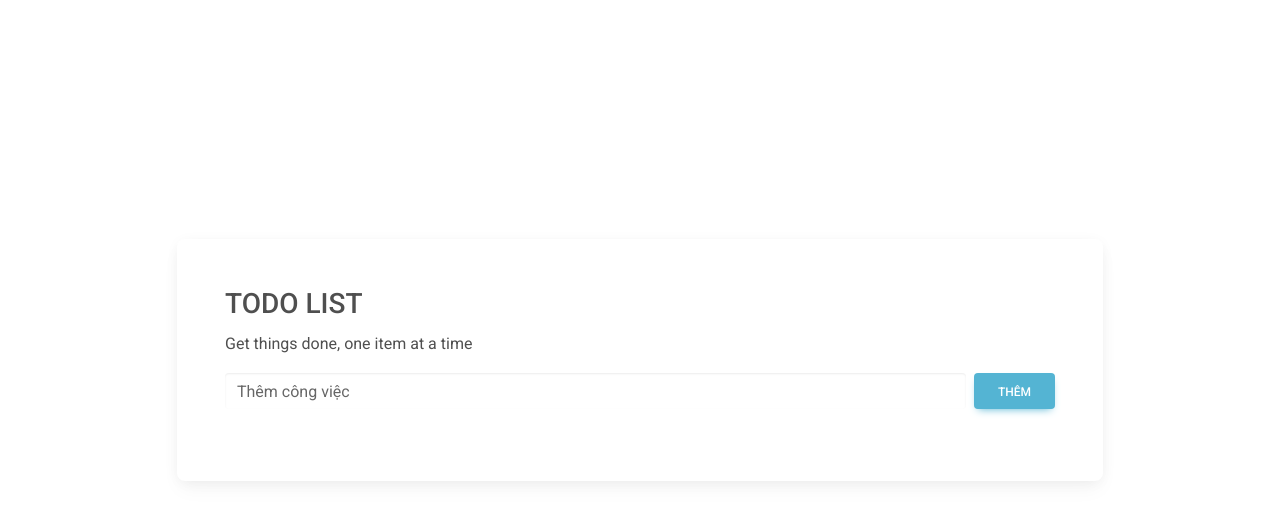
Repository: TinhTT336/MD02_HACKATHON01_HN_JV230620_BS_TranThiTinh_Basic
Page: /
An editor plug-in stored every save of this project. The page is shown before and after the next save, followed by the edit.
The browser window is 1280 px wide. The pictures show the whole page.
Some web libraries are served in a nearby version. The project was rebuilt for these pictures with package versions that can differ from the ones it lists, and the page was loaded fresh each time. Also part of the build but not shown: vite.config.js, src/App.css, src/index.css.

Above is the page before, as saved 2023-09-05 10:08:38.

### index.html
<!DOCTYPE html>
<html lang="en">
  <head>
    <meta charset="UTF-8" />
    <link rel="icon" type="image/svg+xml" href="/vite.svg" />
    <meta name="viewport" content="width=device-width, initial-scale=1.0" />
    <title>Vite + React</title>
    <link
      href="https://cdnjs.cloudflare.com/ajax/libs/font-awesome/6.0.0/css/all.min.css"
      rel="stylesheet"
    />
    <link
      href="https://fonts.googleapis.com/css?family=Roboto:300,400,500,700&display=swap"
      rel="stylesheet"
    />
    <link
      href="https://cdnjs.cloudflare.com/ajax/libs/mdb-ui-kit/6.2.0/mdb.min.css"
      rel="stylesheet"
    />
  </head>
  <body>
    <div id="root"></div>
    <script type="module" src="/src/main.jsx"></script>
  </body>
</html>

### src/App.jsx
import { useState } from 'react'
import reactLogo from './assets/react.svg'
import viteLogo from '/vite.svg'
import './App.css'
import Index from './TodoList/Index'

function App() {
  const [count, setCount] = useState(0)

  return (
    <>
      <Index />
    </>
  )
}

export default App

### src/TodoList/Index.jsx
import React from 'react'
import Header from './Header'

export default function Index() {
    return (
        <div>
            <Header />
        </div>
    )
}

### src/TodoList/Header.jsx
import React from 'react'

export default function Header() {
    return (
        <div>
            <section className="vh-100 gradient-custom">
                <div className="container py-5 h-100">
                    <div
                        className="row d-flex justify-content-center align-items-center
              h-100"
                    >
                        <div className="col col-xl-10">
                            <div className="card">
                                <div className="card-body p-5">
                                    <h3 style={{ marginBottom: 10 }}>
                                        TODO LIST
                                    </h3>
                                    <p>Get things done, one item at a time</p>
                                    <form
                                        className="d-flex justify-content-center
                              align-items-center mb-4"
                                    >
                                        <div className="form-outline flex-fill">
                                            <input type="text" id="form2" className="form-control" />
                                            <label className="form-label" htmlFor="form2">
                                                Thêm công việc
                                            </label>
                                        </div>
                                        <button
                                            type="submit"
                                            className="btn btn-info
                                  ms-2"
                                        >
                                            Thêm
                                        </button>
                                    </form>
                                </div>
                            </div>
                        </div>
                    </div>
                </div>
            </section>

        </div>
    )
}

Loaded but not shown: src/main.jsx (common file)

After the next save:
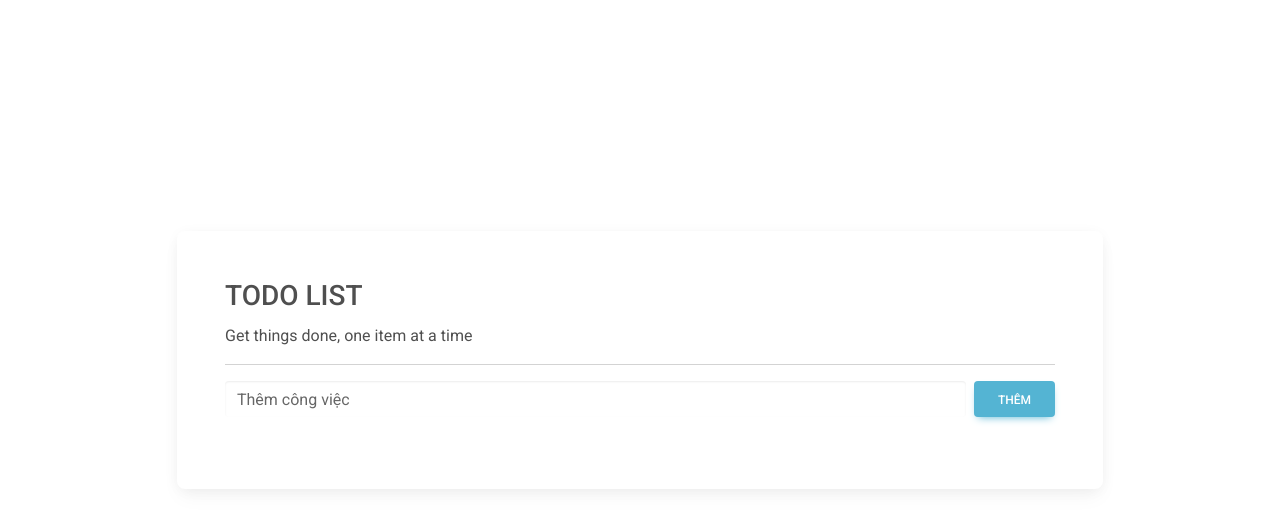
Saved 13 s later.
--- a/src/TodoList/Header.jsx
+++ b/src/TodoList/Header.jsx
@@ -16,6 +16,7 @@ export default function Header() {
                                         TODO LIST
                                     </h3>
                                     <p>Get things done, one item at a time</p>
+                                    <hr></hr>
                                     <form
                                         className="d-flex justify-content-center
                               align-items-center mb-4"
